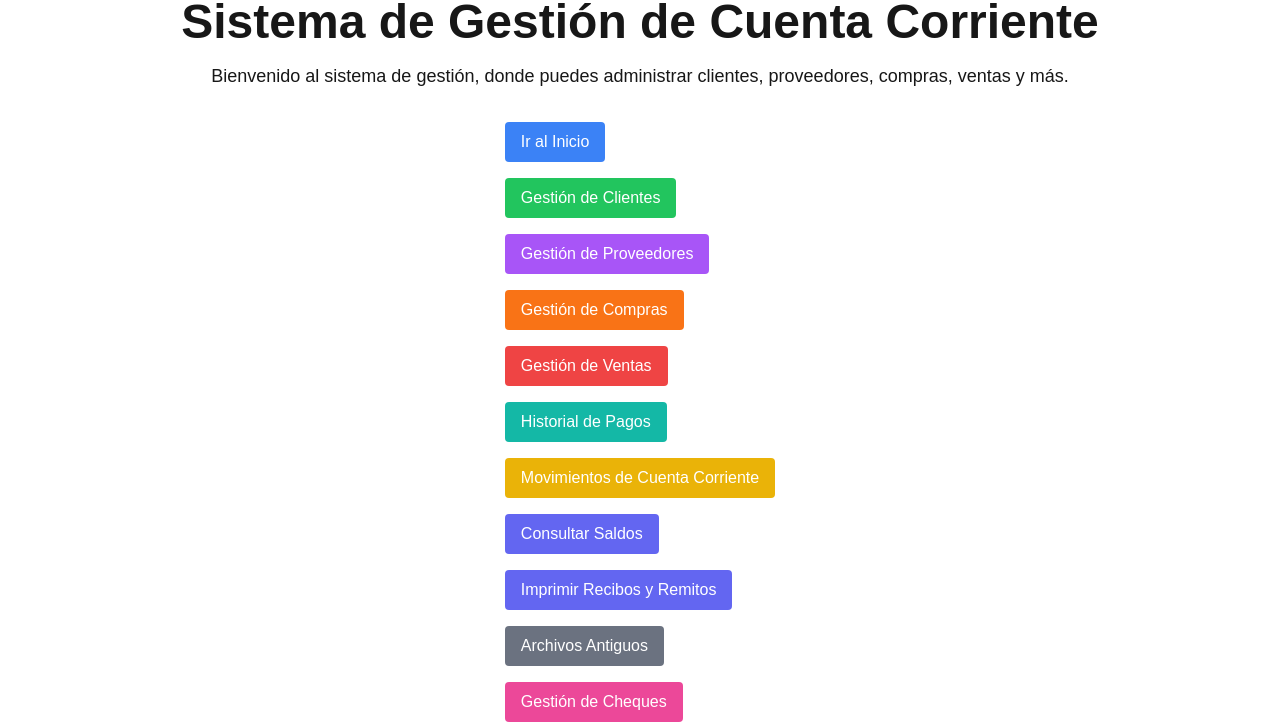
Repository: manucavallera/Sistema-Gestion
Page: /
The author's editor kept a copy of each file at every save. The page is drawn from the files as they stood at one save, then again after the next save.
The browser window is 1280 px wide. The pictures show the whole page.
The project was rebuilt for these pictures with package versions that can differ from the ones it lists, and the page was loaded fresh each time. The framework's server and built-in components were replaced by stand-ins that run in the browser. Also part of the build but not shown: next.config.mjs.

Above is the page before, as saved 2024-11-18 14:37:43.

After the next save:
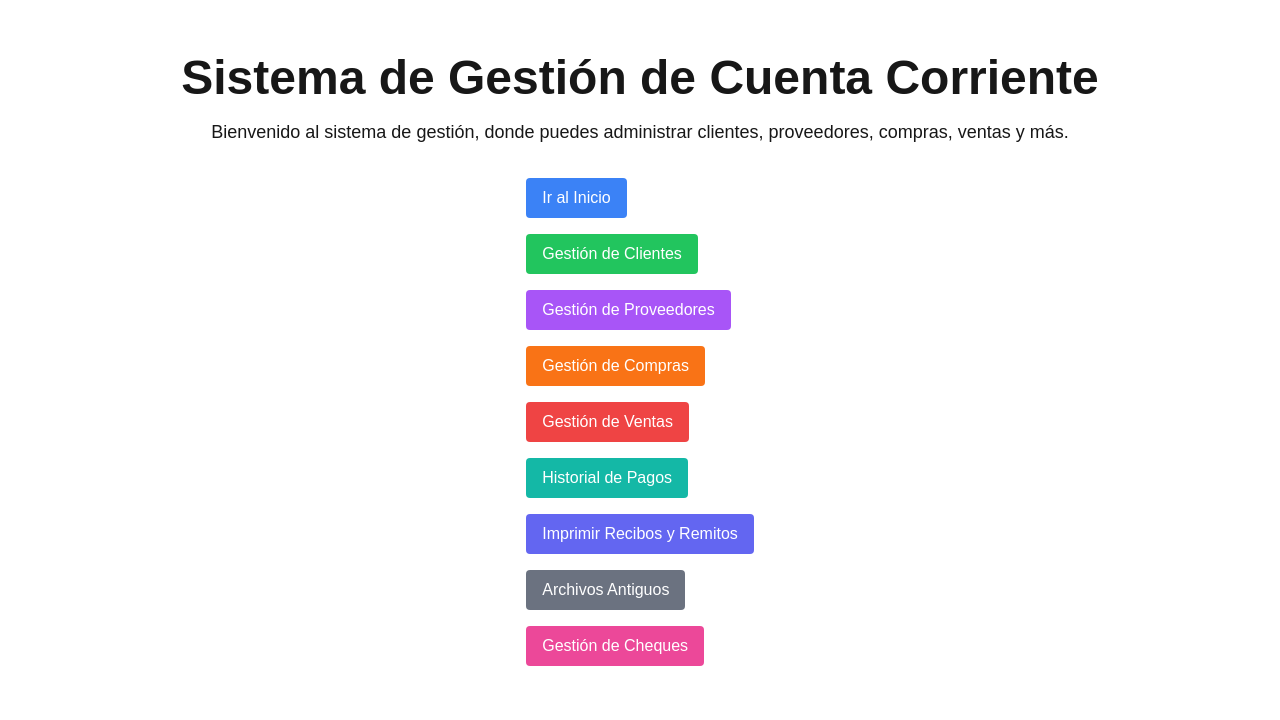
Saved 3 min 44 s later.
--- a/src/app/page.tsx
+++ b/src/app/page.tsx
@@ -37,18 +37,7 @@ const links = [
     bgColor: "bg-teal-500",
     hoverColor: "hover:bg-teal-600",
   },
-  {
-    href: "/movimientos",
-    label: "Movimientos de Cuenta Corriente",
-    bgColor: "bg-yellow-500",
-    hoverColor: "hover:bg-yellow-600",
-  },
-  {
-    href: "/saldos",
-    label: "Consultar Saldos",
-    bgColor: "bg-indigo-500",
-    hoverColor: "hover:bg-indigo-600",
-  },
+
   {
     href: "/imprimir",
     label: "Imprimir Recibos y Remitos",
